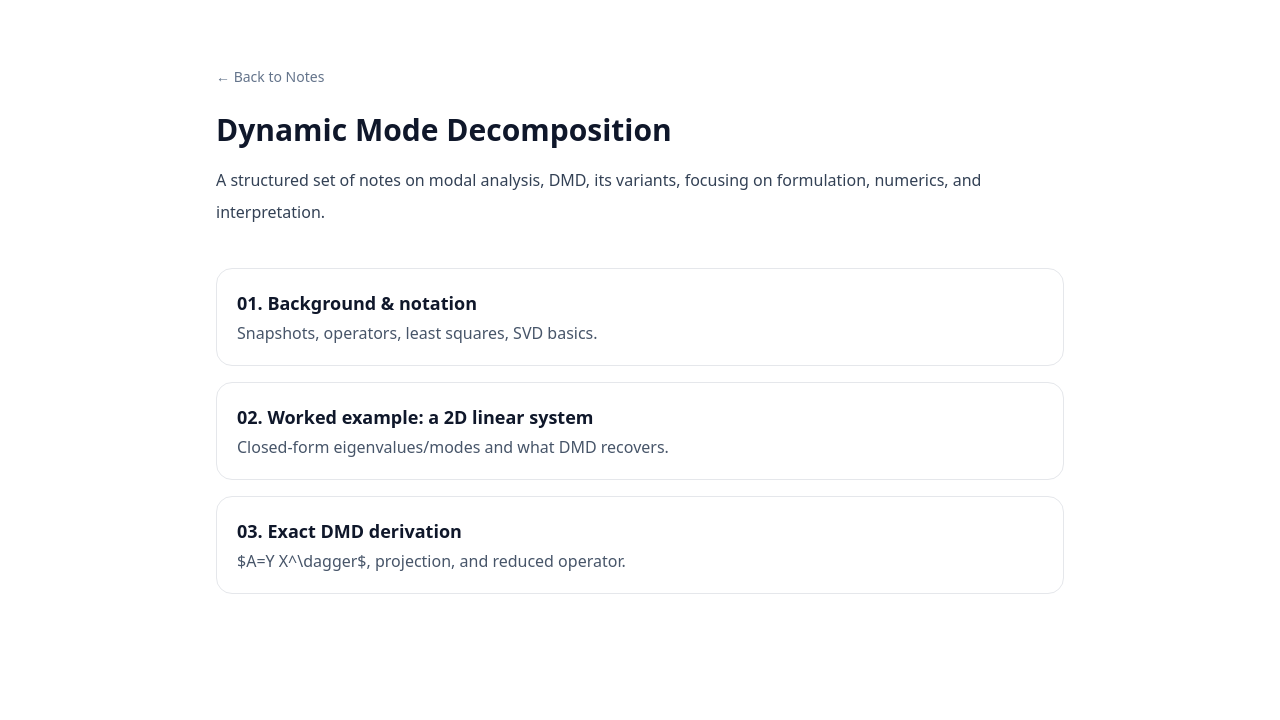
Repository: JWS625/JWS625.github.io
Page: notes/modal_analysis/index.html
An editor plug-in stored every save of this project. The page is shown before and after the next save, followed by the edit.
The browser window is 1280 px wide. The pictures show the whole page.
Some web libraries are served in a nearby version.

Above is the page before, as saved 2026-02-20 17:56:44.

After the next save:
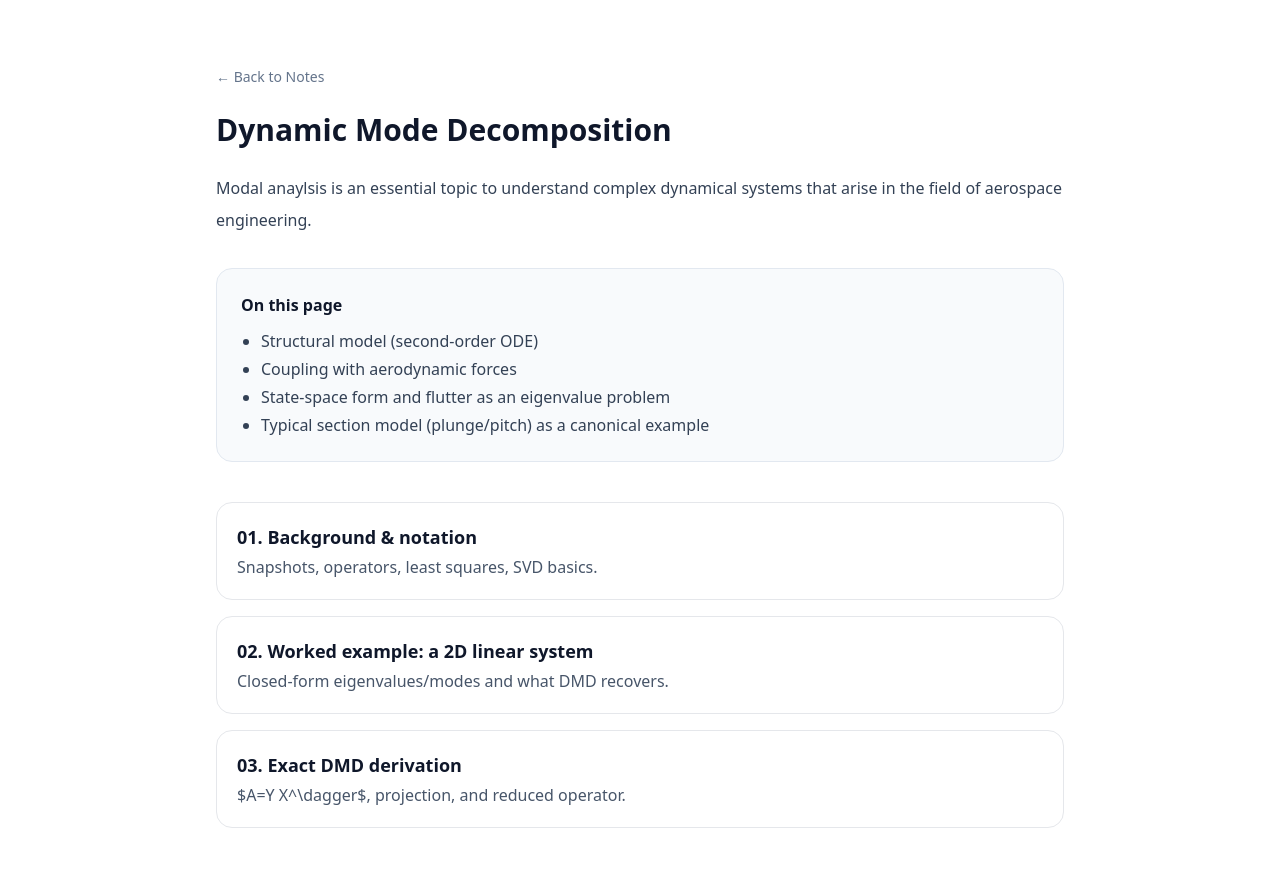
Saved 3 min 2 s later.
--- a/notes/modal_analysis/index.html
+++ b/notes/modal_analysis/index.html
@@ -12,9 +12,25 @@
   <a href="../index.html" class="text-sm text-slate-500 hover:text-black">← Back to Notes</a>
 
   <h1 class="text-3xl font-semibold mt-6">Dynamic Mode Decomposition</h1>
-  <p class="mt-4 text-slate-700 leading-8">
+  <p class="mt-6 leading-8 text-slate-700">
+    Modal anaylsis is an essential topic to understand complex dynamical systems that arise in the field of aerospace
+    engineering.
+
+    </p>
+
+    <!-- Quick outline -->
+    <div class="mt-8 rounded-2xl border border-slate-200 p-6 bg-slate-50">
+      <p class="font-semibold">On this page</p>
+      <ul class="mt-3 list-disc pl-5 text-slate-700 space-y-1">
+        <li>Structural model (second-order ODE)</li>
+        <li>Coupling with aerodynamic forces</li>
+        <li>State-space form and flutter as an eigenvalue problem</li>
+        <li>Typical section model (plunge/pitch) as a canonical example</li>
+      </ul>
+    </div>
+  <!-- <p class="mt-4 text-slate-700 leading-8">
     A structured set of notes on modal analysis, DMD, its variants, focusing on formulation, numerics, and interpretation.
-  </p>
+  </p> -->
 
   <div class="mt-10 space-y-4">
     <a href="01_background.html" class="block p-5 border rounded-2xl hover:bg-slate-50">
